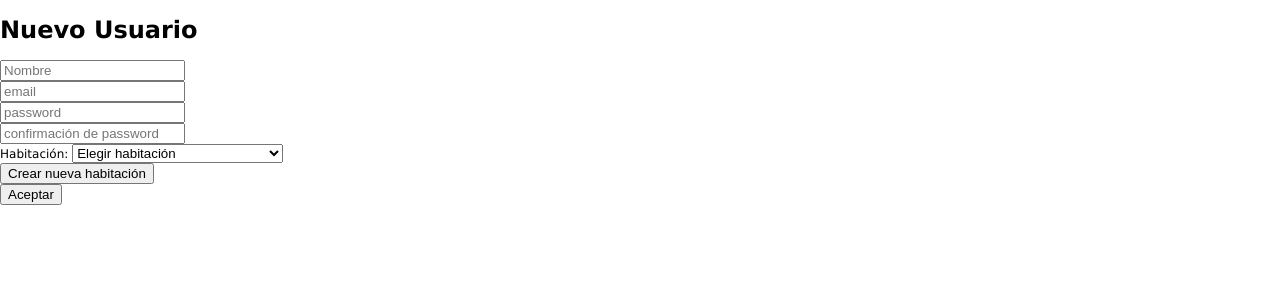
Repository: anagut/java-web
Page: http://localhost/HelloLogin/nuevousuario
These files come from the project's save history. The page is drawn as it stood at one moment and after the next save; the edit follows.
The browser window is 1280 px wide. The pictures show the whole page.
The page is served by Tomcat 9. Other server files are loaded and not shown.

Above is the page before, as saved 2018-11-16 10:53:12.
Console error: TypeError: Cannot set properties of null (setting 'onclick')

### HelloLogin/WebContent/nuevousuario.jsp
<%@ taglib uri="http://java.sun.com/jsp/jstl/core" prefix="c" %>

<%@ page language="java" contentType="text/html; charset=UTF-8"
    pageEncoding="UTF-8"%>
<!DOCTYPE html>
<html>
<head>
<meta charset="UTF-8">
<title>Nuevo Usuario</title>
<link rel="stylesheet" href="./css/style.css"></link>

</head>
<body>
	<h1>Nuevo Usuario</h1>
	<div class="error">${error}</div>
	<form action="" method="POST">
	<div>
	<input type="text" placeholder="Nombre" name="nombre" id="nombre" value="${newusuario.name}" required/>
	</div>
	<div>
	<input type="email" placeholder="email" name="email" id="email" value="${newusuario.email}" required/>
	</div>
	<div>
	<input type="password" placeholder="password" name="password" id="password"/>
	</div>
	<div>
	<input type="password" placeholder="confirmación de password" name="passwordconf" id="passwordconf"/>
	</div>
		<div>
		<label for="habitacion">Habitación:</label>
		<select name="habitacion" id="habitacion">
<!-- 		Aquí irán las habitaciones -->
			<option selected disabled>Elegir habitación</option>
		<c:forEach var="unaHabitacion" items="${lasHabitaciones}">
			<option value="${unaHabitacion.hid}">${unaHabitacion.calle}, ${unaHabitacion.num} (${unaHabitacion.ciudad})</option>
   		</c:forEach>
		</select>
		<div><button id="habBtn">Crear nueva habitación</button></div>
<!-- 		<div><button id="habBtn"><a href="./nuevahabitacion">Crear nueva habitación</a></button></div> -->
	</div>

	<div><button>Aceptar</button></div>
	</form>


</body>

<script src="./js/script.js"></script>
</html>

### HelloLogin/src/com/ana/controllers/NuevoUsuarioServlet.java
package com.ana.controllers;

import java.io.IOException;
import java.util.ArrayList;

import javax.servlet.ServletException;
import javax.servlet.annotation.WebServlet;
import javax.servlet.http.HttpServlet;
import javax.servlet.http.HttpServletRequest;
import javax.servlet.http.HttpServletResponse;

import com.ana.database.BBDD;
import com.ana.models.Habitacion;
import com.ana.models.Usuario;

/**
 * Servlet implementation class NuevosUsuariosServlet
 */
@WebServlet("/nuevousuario")
public class NuevoUsuarioServlet extends HttpServlet {
	private static final long serialVersionUID = 1L;

    /**
     * @see HttpServlet#HttpServlet()
     */
    public NuevoUsuarioServlet() {
        super();
        // TODO Auto-generated constructor stub
    }

	/**
	 * @see HttpServlet#doGet(HttpServletRequest request, HttpServletResponse response)
	 */
	protected void doGet(HttpServletRequest request, HttpServletResponse response) throws ServletException, IOException {

		ArrayList<Habitacion> habitaciones = BBDD.getInstance().habitaciones;

		request.setAttribute("lasHabitaciones", habitaciones);

		request.getRequestDispatcher("./nuevousuario.jsp").forward(request, response);

	}
	protected void doPost(HttpServletRequest request, HttpServletResponse response) throws ServletException, IOException {

		String nombrerecibido = request.getParameter("nombre");
		String emailrecibido = request.getParameter("email");
		String passwordrecibido = request.getParameter("password");
		String passwordconfrecibido = request.getParameter("passwordconf");
		String habitacionrecibida = request.getParameter("habitacion");

		int habitrecibidaId = Integer.parseInt(habitacionrecibida);

		System.out.println("Nombre:"+nombrerecibido);
		System.out.println("Email:"+emailrecibido);
		System.out.println("Password:"+passwordrecibido);
		System.out.println("Password:"+passwordconfrecibido);


//		if (emailrecibido!=null && !emailrecibido.equals("") && emailrecibido.indexOf("@")>0) {
//			//continuar e introducir al usuario en bbdd
//		}else {
//			request.setAttribute("error", "Datos incorrectos");
//			request.setAttribute("emailrec", emailrecibido);
//			this.doGet(request, response);
//		}

		Usuario nuevoUser = new Usuario(0, nombrerecibido, emailrecibido, passwordrecibido, BBDD.getInstance().getHabitacionById(habitrecibidaId));

		if (nuevoUser.esValido(passwordconfrecibido)) {
			//continuar e introducir al usuario en bbdd
			BBDD db = BBDD.getInstance();
			db.insertUsuario(nuevoUser);

			response.sendRedirect("listausuarios");

		}else {
			request.setAttribute("error", "Datos incorrectos");
			request.setAttribute("newusuario", nuevoUser);
			this.doGet(request, response);

		}
	}

}

### HelloLogin/src/com/ana/database/BBDD.java
package com.ana.database;

import java.util.ArrayList;

import com.ana.models.Habitacion;
import com.ana.models.Usuario;

public class BBDD {

	private static BBDD instance=null;

	public ArrayList<Usuario> usuarios = new ArrayList<Usuario>();

	public ArrayList<Habitacion> habitaciones = new ArrayList<Habitacion>();

	public static final BBDD getInstance() {
		if(instance==null) instance = new BBDD();
		return instance;
	}

	private BBDD() {
		this.fillUsuarios();
		this.fillHabitaciones();
		this.relacionarUserHab();
	}

	private boolean fillUsuarios() {
		usuarios.add(new Usuario (1, "Pepe", "p@p.es", "ppp", null));
		usuarios.add(new Usuario (2, "Luisa", "l@l.es", "lll", null));
		usuarios.add(new Usuario (3, "Mordor", "m@m.es", "mmm", null));

		return true;
	}



	private boolean fillHabitaciones() {
		habitaciones.add(new Habitacion (101, "Calle Marqués", 23, "Madrid"));
		habitaciones.add(new Habitacion (102, "Calle Pantomima", 57, "Albacete"));
		habitaciones.add(new Habitacion (103, "Calle Pijo", 12, "Murcia"));

		return true;
	}

	private boolean relacionarUserHab() {
		usuarios.get(0).setHabitacion(habitaciones.get(2));
		usuarios.get(1).setHabitacion(habitaciones.get(1));
		usuarios.get(2).setHabitacion(habitaciones.get(0));

		return true;
	}


	//Método que en función de la id me devuelve un objeto usuario concreto
	//Si no encuentra devuelve un null

	public Usuario getUsuarioById(int id) {
		Usuario usuarioADevolver = null;

		//Iteramos por cada usuario y comparamos su id con el que nos indican
		for (Usuario unUsuario: usuarios) {
			if(unUsuario.getId()==id) {
				usuarioADevolver = unUsuario;
				break;	//cuando encuentra el id, sale del bucle
			}
		}
		return usuarioADevolver;
	}

	public Habitacion getHabitacionById(int hid) {
		Habitacion habitacionADevolver = null;

		for (Habitacion unaHab: habitaciones) {
			if(unaHab.getHid()==hid) {
				habitacionADevolver = unaHab;
				break;
			}
		}
		return habitacionADevolver;
	}

	public boolean existeUsuarioPorEmailyPass(String emailrecibido, String passwordrecibido) {
		boolean existeUsuario = false;
//		for (*tipo de variable (objeto)* *variable* : *array sobre el que se busca*)
		for (Usuario unUsuario : usuarios) {
			if (unUsuario.getEmail().equals(emailrecibido) && unUsuario.getPassword().equals(passwordrecibido)) {
				existeUsuario = true;
				break;
			}
		}
		return existeUsuario;
	}

	public int insertUsuario(Usuario newUser) {
		int nuevoId=0;

		nuevoId=this.usuarios.size()+1;	//simulamos que la bd asigna un id consecutivo
		newUser.setId(nuevoId);

		this.usuarios.add(newUser);

		return nuevoId;

	}

	public int insertHabitacion(Habitacion newHab) {
		int nuevoHid=0;

		nuevoHid=this.habitaciones.size()+1;	//simulamos que la bd asigna un id consecutivo
		newHab.setHid(nuevoHid);

		this.habitaciones.add(newHab);

		return nuevoHid;

	}

}

### HelloLogin/src/com/ana/models/Usuario.java
package com.ana.models;

public class Usuario {
	private int id;
	private String name;
	private String email;
	private String password;
	private Habitacion habitacion;


	public Usuario(int id, String name, String email, String password, Habitacion habitacion) {
		super();
		this.id = id;
		this.name = name;
		this.email = email;
		this.password = password;
		this.habitacion = habitacion;
	}


	public String getPassword() {
		return password;
	}


	public void setPassword(String password) {
		this.password = password;
	}


	public int getId() {
		return id;
	}

	public void setId(int id) {
		this.id = id;
	}

	public String getName() {
		return name;
	}

	public void setName(String name) {
		this.name = name;
	}

	public String getEmail() {
		return email;
	}

	public void setEmail(String email) {
		this.email = email;
	}

	public Habitacion getHabitacion() {
		return habitacion;
	}

	public void setHabitacion(Habitacion habitacion) {
		this.habitacion = habitacion;
	}

//valido los campos del usuario sean correctos
	public boolean esValido(String confpassword) {
		boolean esValidx=true;

		if (this.email==null || this.email.equals("") || this.email.indexOf("@")<=0) esValidx = false;

		if (this.name==null || this.name.equals("") || this.name.matches("(.*)?[0-9](.*)?")) esValidx = false;

		if (this.password==null || this.password.equals("")) esValidx = false;

		if (!this.password.equals(confpassword)) esValidx= false;

		return esValidx;
	}





}

### HelloLogin/src/com/ana/models/Habitacion.java
package com.ana.models;

public class Habitacion {
	private int hid;
	private String calle;
	private int num;
	private String ciudad;


	public Habitacion(int hid, String calle, int num, String ciudad) {
		super();
		this.hid = hid;
		this.calle = calle;
		this.num = num;
		this.ciudad = ciudad;
	}


	public int getHid() {
		return hid;
	}


	public void setHid(int hid) {
		this.hid = hid;
	}


	public String getCalle() {
		return calle;
	}


	public void setCalle(String calle) {
		this.calle = calle;
	}


	public int getNum() {
		return num;
	}


	public void setNum(int num) {
		this.num = num;
	}


	public String getCiudad() {
		return ciudad;
	}


	public void setCiudad(String ciudad) {
		this.ciudad = ciudad;
	}

	public boolean esValido() {
		boolean valido = true;
		if (this.calle==null || this.calle.equals("")) valido = false;
		if (this.num < 0) valido = false;
		return valido;
	}


}

### HelloLogin/WebContent/css/style.css
body{
	margin: 0;
	padding: 0;
	font-family: Verdana;
	font-size: 12px;
}

h1{
	font-size: 2em;
}

ul{
	list-style: none;
	margin: 0;
	padding: 0;
}

ul > li > a > div{
	display: inline-block;
	margin: 1em;
}

.error {
	color: red;
}

a {text-decoration: none;}

### HelloLogin/WebContent/js/script.js
console.log("hola")

document.getElementById("habBtn").onclick = function(evnt) {
evnt.preventDefault();
window.location.href = "./nuevahabitacion";
}

document.getElementById("volverBtn").onclick = function(){
	window.history.back();
}

After the next save:
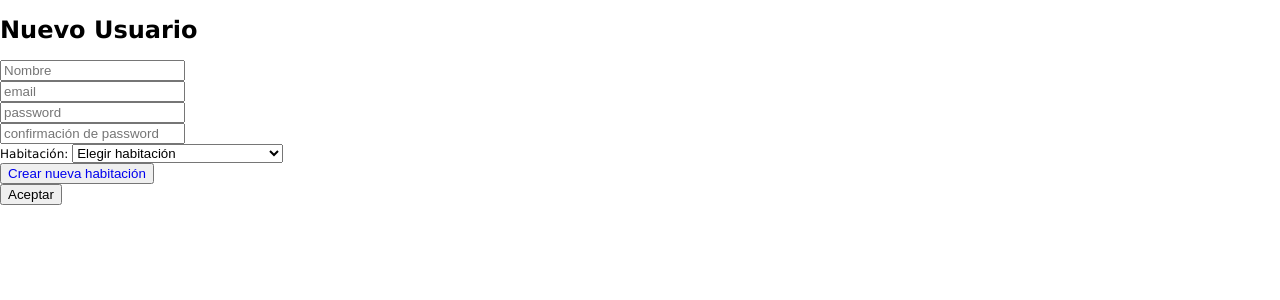
Saved 3 min 21 s later.
--- a/HelloLogin/WebContent/nuevousuario.jsp
+++ b/HelloLogin/WebContent/nuevousuario.jsp
@@ -35,8 +35,8 @@
 			<option value="${unaHabitacion.hid}">${unaHabitacion.calle}, ${unaHabitacion.num} (${unaHabitacion.ciudad})</option>
    		</c:forEach>
 		</select>
-		<div><button id="habBtn">Crear nueva habitación</button></div>
-<!-- 		<div><button id="habBtn"><a href="./nuevahabitacion">Crear nueva habitación</a></button></div> -->
+<!-- 		<div><button id="habBtn">Crear nueva habitación</button></div> -->
+	<div><button id="habBtn"><a href="./nuevahabitacion">Crear nueva habitación</a></button></div>
 	</div>
 
 	<div><button>Aceptar</button></div>
